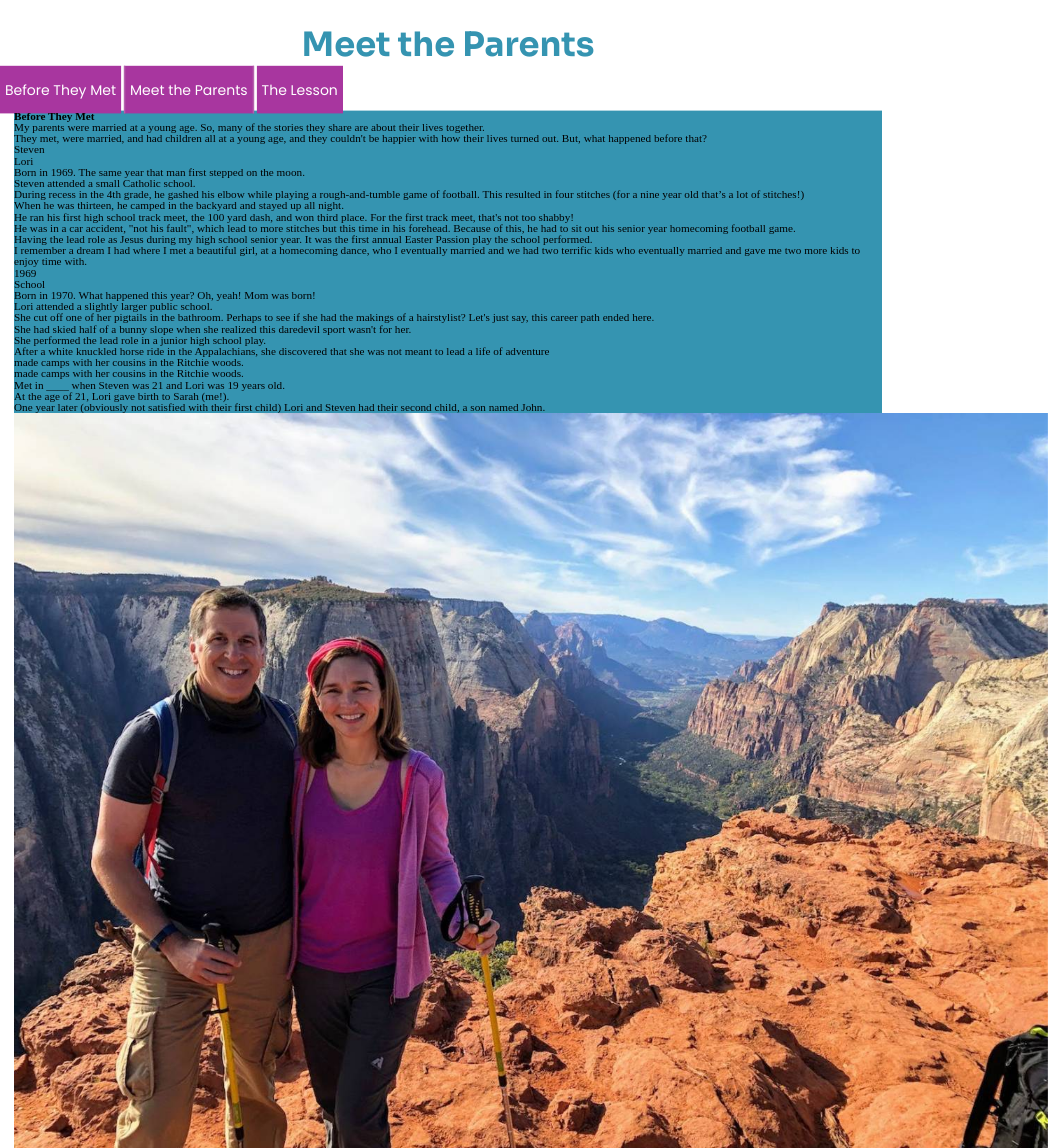
Repository: Sbethm/parents-tribute
Page: timeline.html
An editor plug-in stored every save of this project. The page is shown before and after the next save, followed by the edit.
The browser window is 1280 px wide. The page is 1497 px wide, then 1280 px, so the pictures cover 1497 px, including what lies to the right of the window. The pictures show the part of the page from y = 0 to 1640 px (the page is 2783 px tall before and 3488 px after), at 70% of full size.

Above is the page before, as saved 2021-02-24 13:46:14.

After the next save:
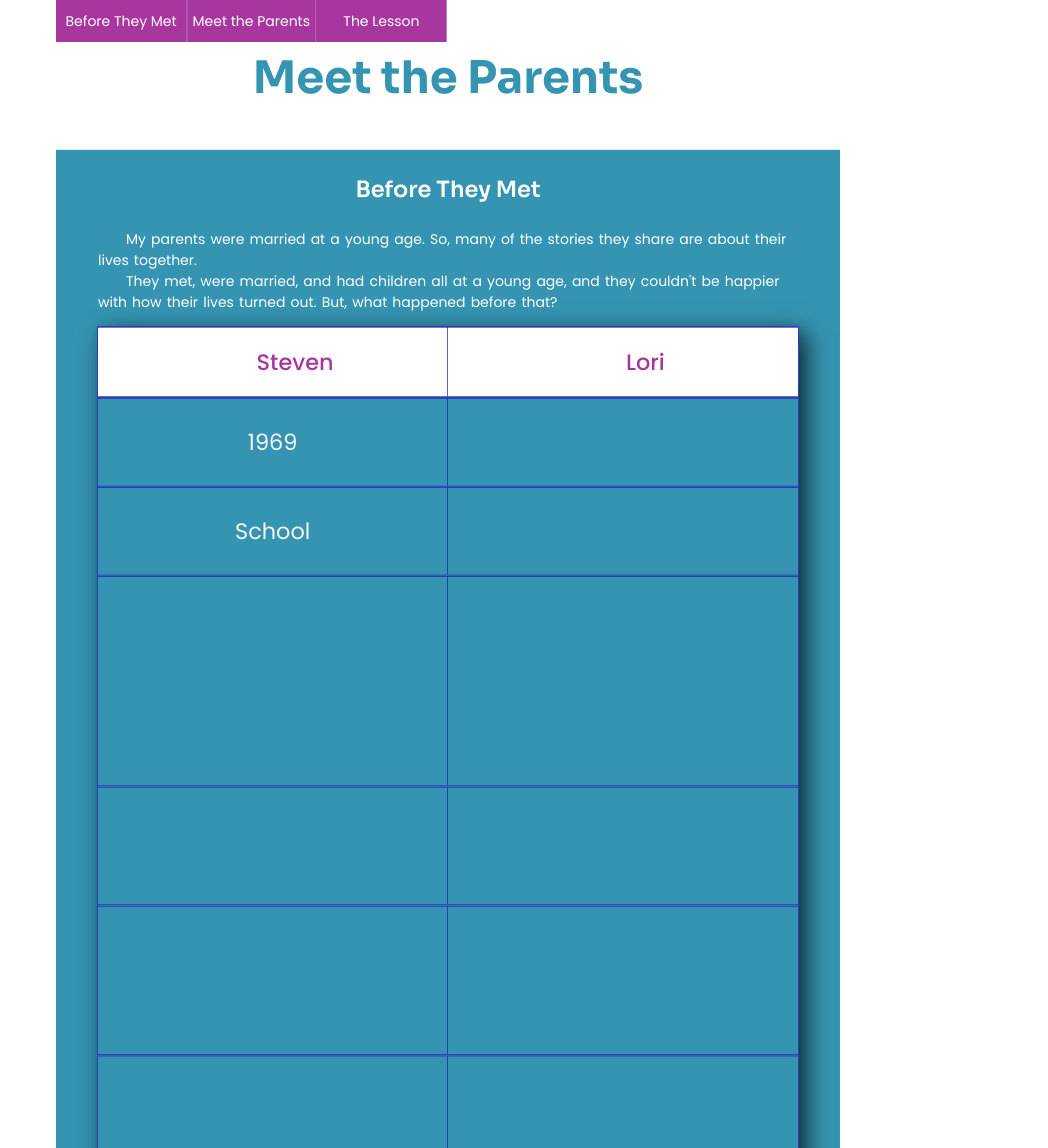
Saved 4 s later.
--- a/style.css
+++ b/style.css
@@ -136,7 +136,6 @@ h1 {
 
 .navigation {
     max-width: 100vw;
-    .sticky {
         position: fixed;
         top: 0;
     background-color: rgb(126, 66, 121);
